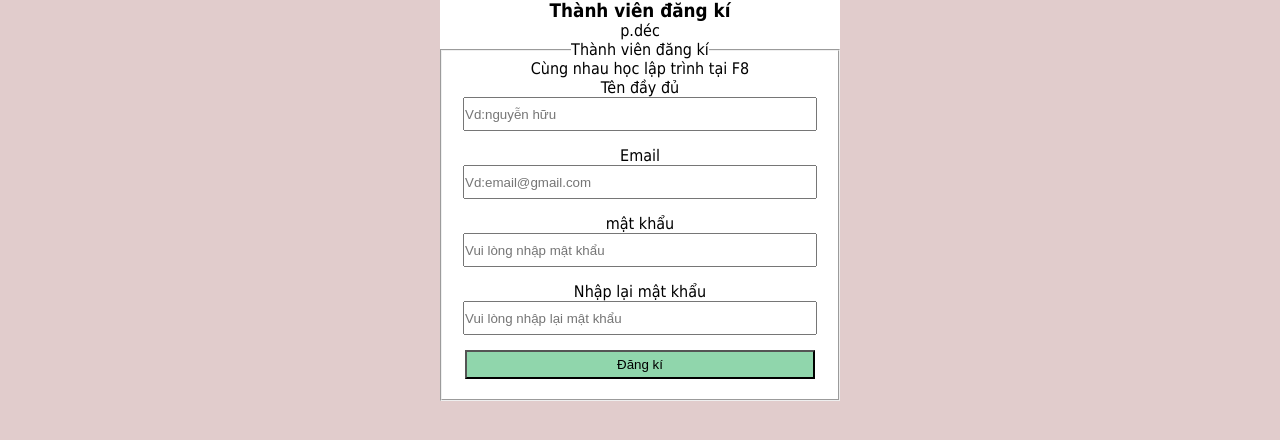
Repository: HuunvDev/Validator
Page: index.html
These files come from the project's save history. The page is drawn as it stood at one moment and after the next save; the edit follows.
The browser window is 1280 px wide. The pictures show the whole page.

Above is the page before, as saved 2022-08-20 08:57:07.

### index.html
<!DOCTYPE html>
<html lang="en">
<head>
    <meta charset="UTF-8">
    <meta http-equiv="X-UA-Compatible" content="IE=edge">
    <meta name="viewport" content="width=device-width, initial-scale=1.0">
    <title>Document</title>
    <link rel="stylesheet" href="style.css">
</head>
<body>
    <div class="main">
        <form action="" method="POST" class="form" id="form-1">
            <h3 class="heading">Thành viên đăng kí</h3>
            p.déc
        </form>
    </div>
    <form action="register" name ="form-name">
        <fieldset>
            <legend>Thành viên đăng kí</legend>
            <p>Cùng nhau học lập trình tại F8</p>
            <div class="form-group">
                <label for="fullName" class="form-lable">Tên đầy đủ</label><br>
                <input type="text" id="fullName" name="fullName" placeholder="Vd:nguyễn hữu"><br>
                <span class="form-message"></span>
            </div>
            <div class="form-group">
                <label for="email" class="form-lable">Email</label><br>
                <input type="text" id="email" name="email" placeholder="Vd:email@gmail.com"><br>
                <span class="form-message"></span>
            </div>
            <div class="form-group">
                <label for="password" class="form-lable">mật khẩu</label><br>
                <input type="text" id="password" name="password" placeholder="Vui lòng nhập mật khẩu"><br>
                <span class="form-message"></span>
            </div>
            <div class="form-group">
                <label for="password_confirmation" class="form-lable">Nhập lại mật khẩu</label><br>
                <input type="text" id="password_confirmation" name="password_confirmation" placeholder="Vui lòng nhập lại mật khẩu"><br>
                <span class="form-message"></span>
            </div>
           <button class="form-submit">Đăng kí</button>
        </fieldset>
    </form>

    <script src="main.js"></script>
</body>
</html>

### style.css
form{
    width: 400px;
    margin: auto;
    font-family: tahoma;
    text-align: center;
    background-color: #fff;
}
*{
    margin:0;
    padding:0;
    overflow: hidden;
}
body{
    background-color: rgb(225, 204, 204);
}
input{
    width: 350px;
    height: 30px;
    margin-bottom:15px;
}
button.form-submit {
    padding: 5px;
    width: 350px;
    background-color: #90d6ac;
    margin-bottom: 20px;
}
span{
    font-size: 13px;
    color:grey;
}

### main.js
var fullName = document.getElementById('fullName');
var message = document.getElementsByClassName("form-message");
console.log(message)
fullName.onblur = function(){
    if(!fullName.value){
        message.innerText ="Vui lòng nhập trường này";
    }
}

After the next save:
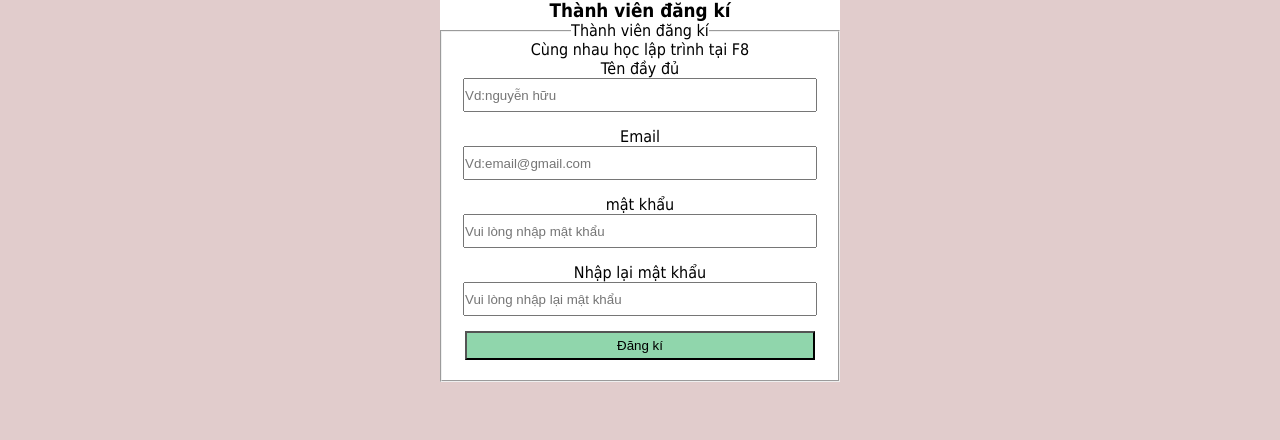
Saved 5 s later.
--- a/index.html
+++ b/index.html
@@ -11,7 +11,7 @@
     <div class="main">
         <form action="" method="POST" class="form" id="form-1">
             <h3 class="heading">Thành viên đăng kí</h3>
-            p.déc
+            <p class="desc"></p>
         </form>
     </div>
     <form action="register" name ="form-name">

After the save that followed:
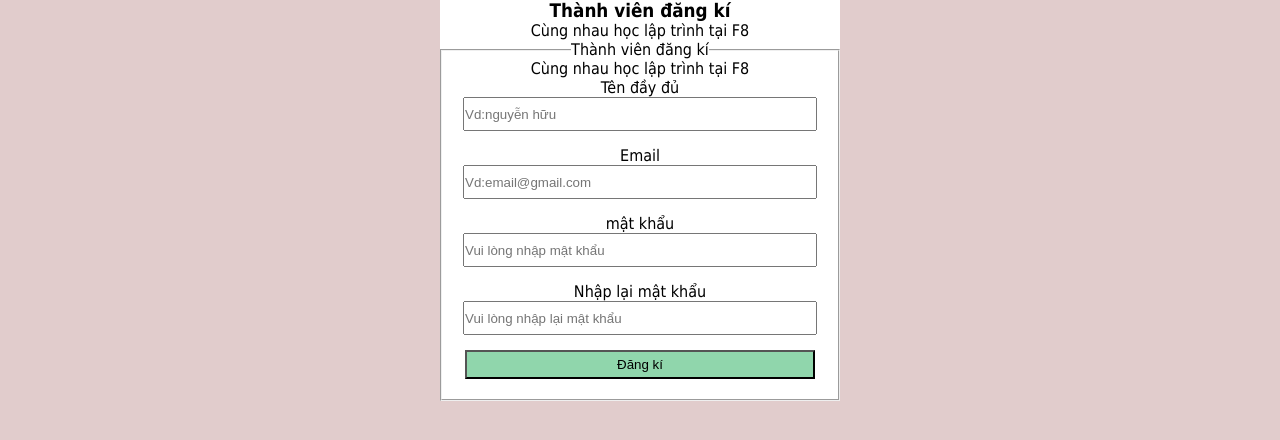
Saved 11 s later.
--- a/index.html
+++ b/index.html
@@ -11,7 +11,7 @@
     <div class="main">
         <form action="" method="POST" class="form" id="form-1">
             <h3 class="heading">Thành viên đăng kí</h3>
-            <p class="desc"></p>
+            <p class="desc">Cùng nhau học lập trình tại F8</p>
         </form>
     </div>
     <form action="register" name ="form-name">
